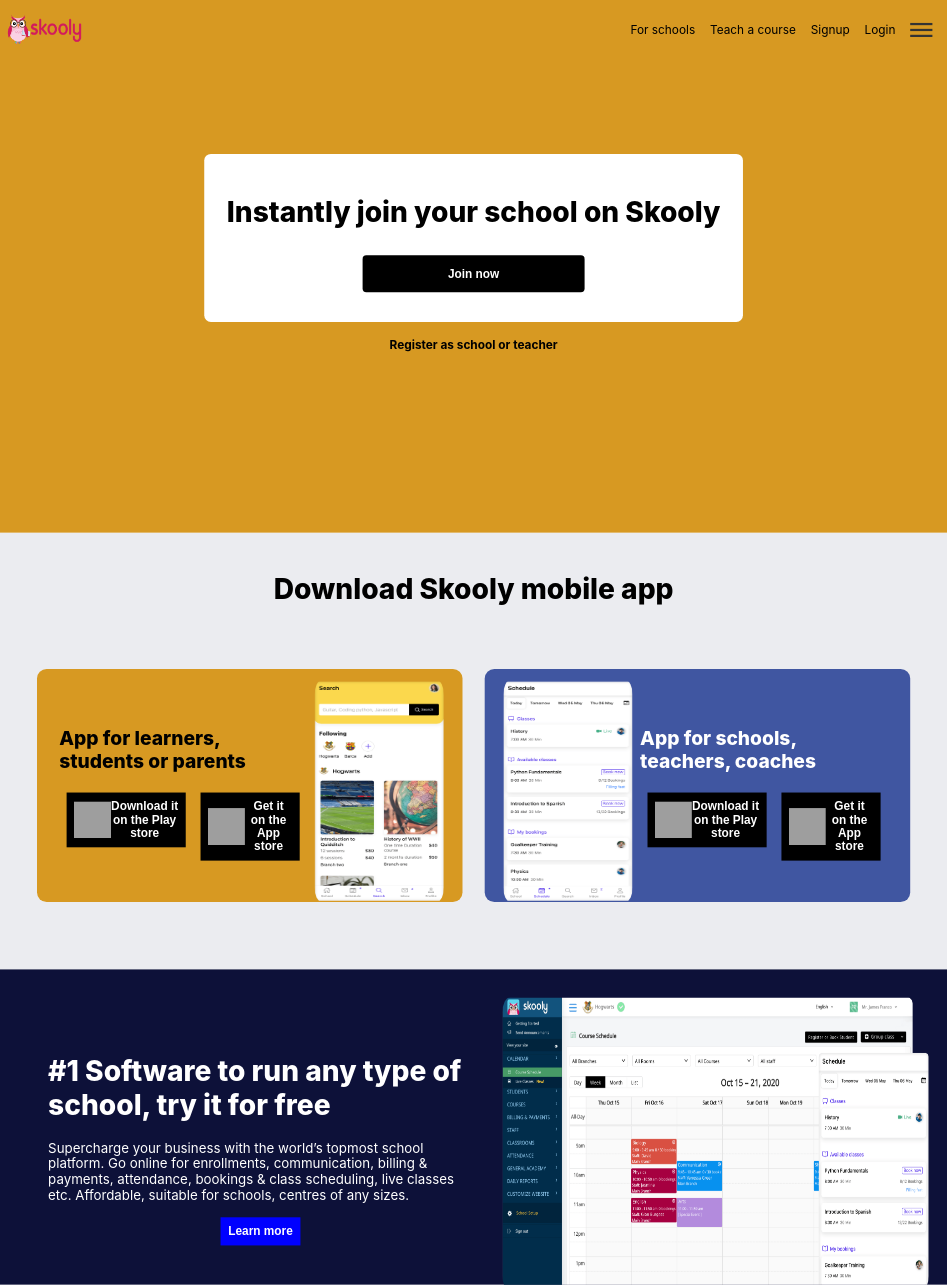
Repository: akankshaajoshi/Skooly-Clone
Page: /
The author's editor kept a copy of each file at every save. The page is drawn from the files as they stood at one save, then again after the next save.
The browser window is 1280 px wide. The pictures show the whole page, at 74% of full size.
Pictures or frames that could not be fetched are drawn as grey boxes. The project was rebuilt for these pictures with package versions that can differ from the ones it lists, and the page was loaded fresh each time. Also part of the build but not shown: craco.config.js.

Above is the page before, as saved 2023-09-14 20:59:39.

After the next save:
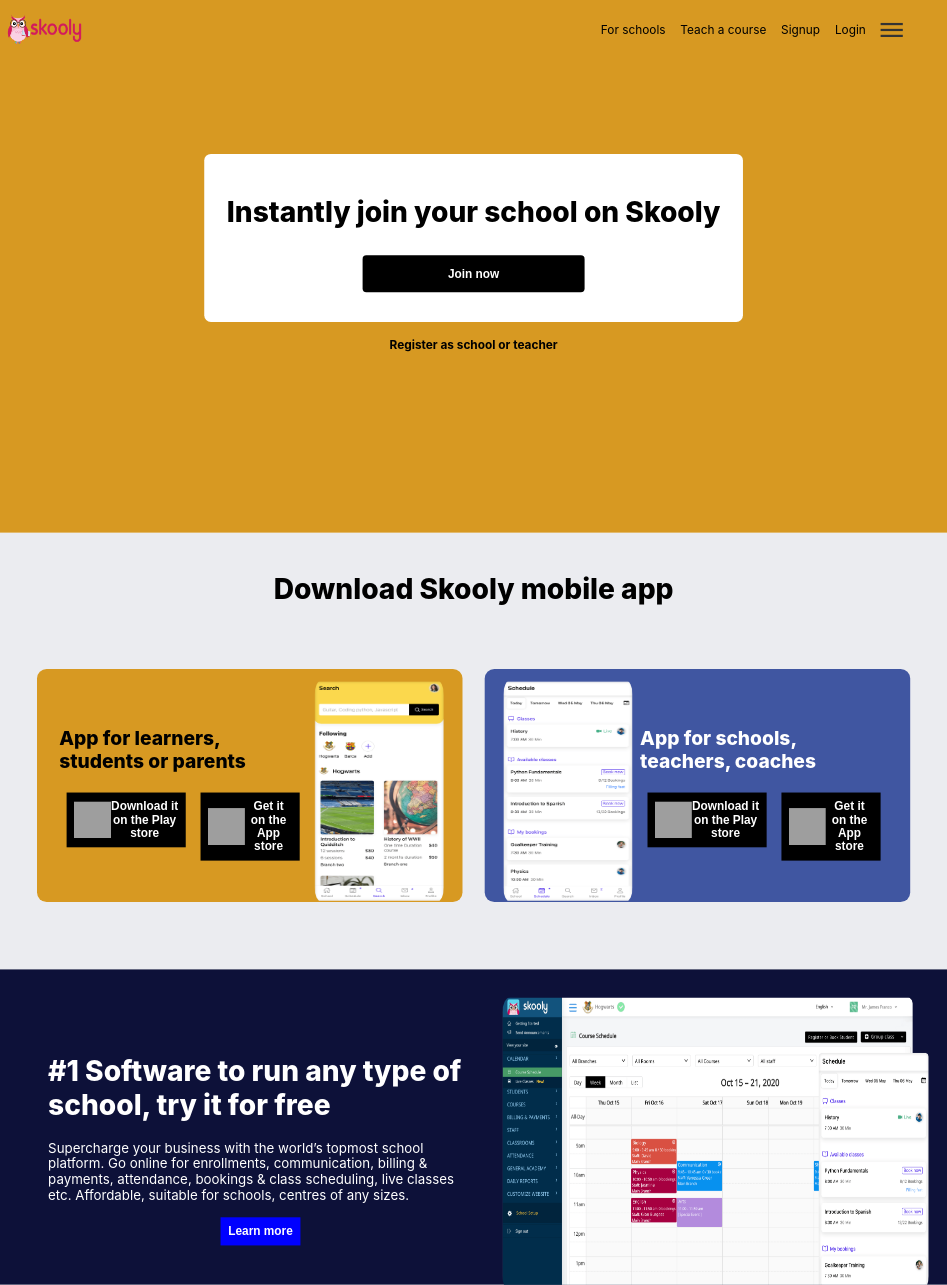
Saved 31 s later.
--- a/src/components/shared/Navbar/index.js
+++ b/src/components/shared/Navbar/index.js
@@ -28,7 +28,7 @@
   display: flex;
   align-items: center;
   flex: 1;
-  padding: 10px;
+  padding: 10px 50px 10px 10px;
   justify-content: flex-end;
 `;
 
